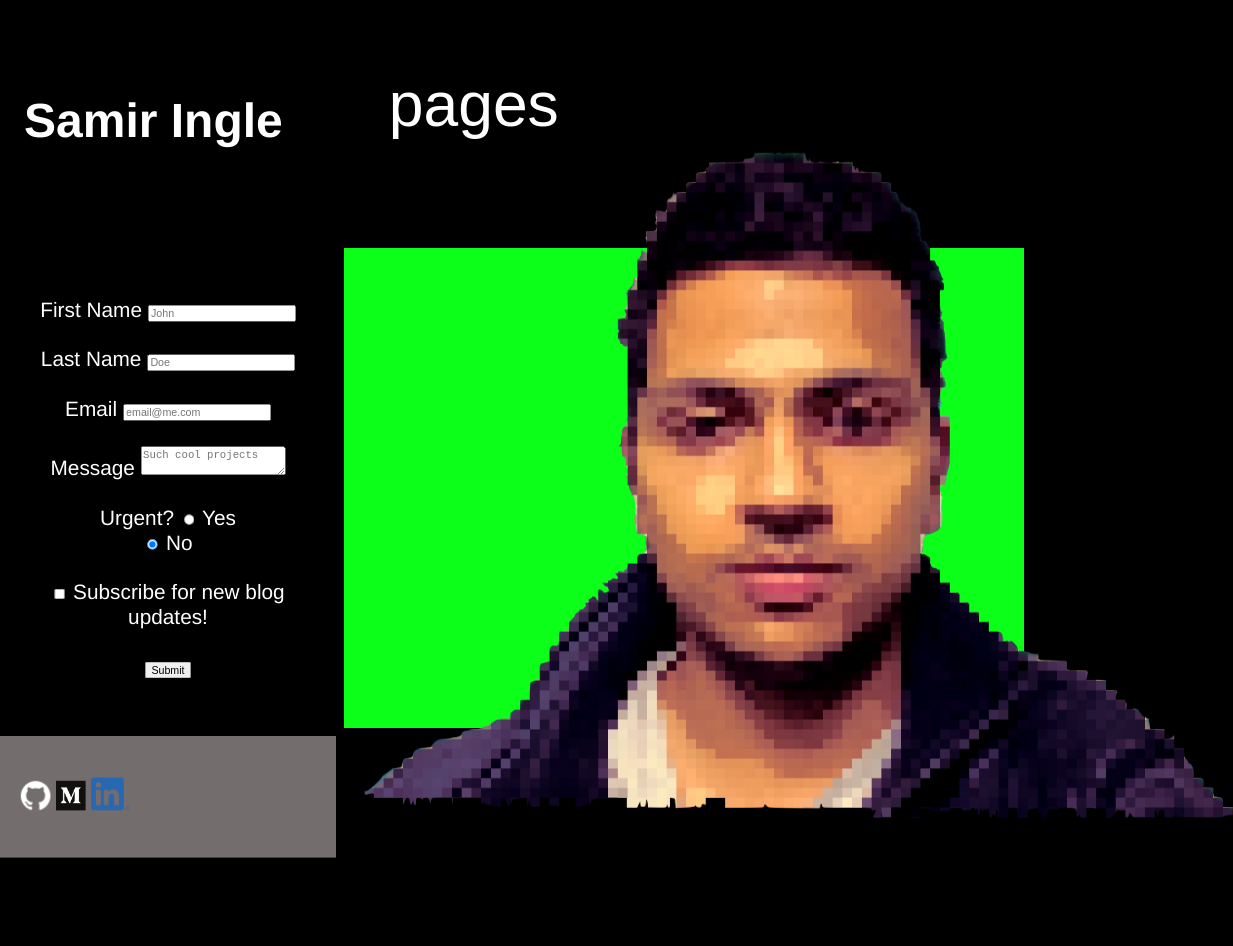
Repository: SamirIngley/html-semantic
Page: templates/contact.html
The author's editor kept a copy of each file at every save. The page is drawn from the files as they stood at one save, then again after the next save.
The browser window is 1280 px wide. The page is 1541 px wide, so the pictures cover 1541 px, including what lies to the right of the window. The pictures show the whole page, at 80% of full size.

Above is the page before, as saved 2020-02-06 16:09:54.

After the next save:
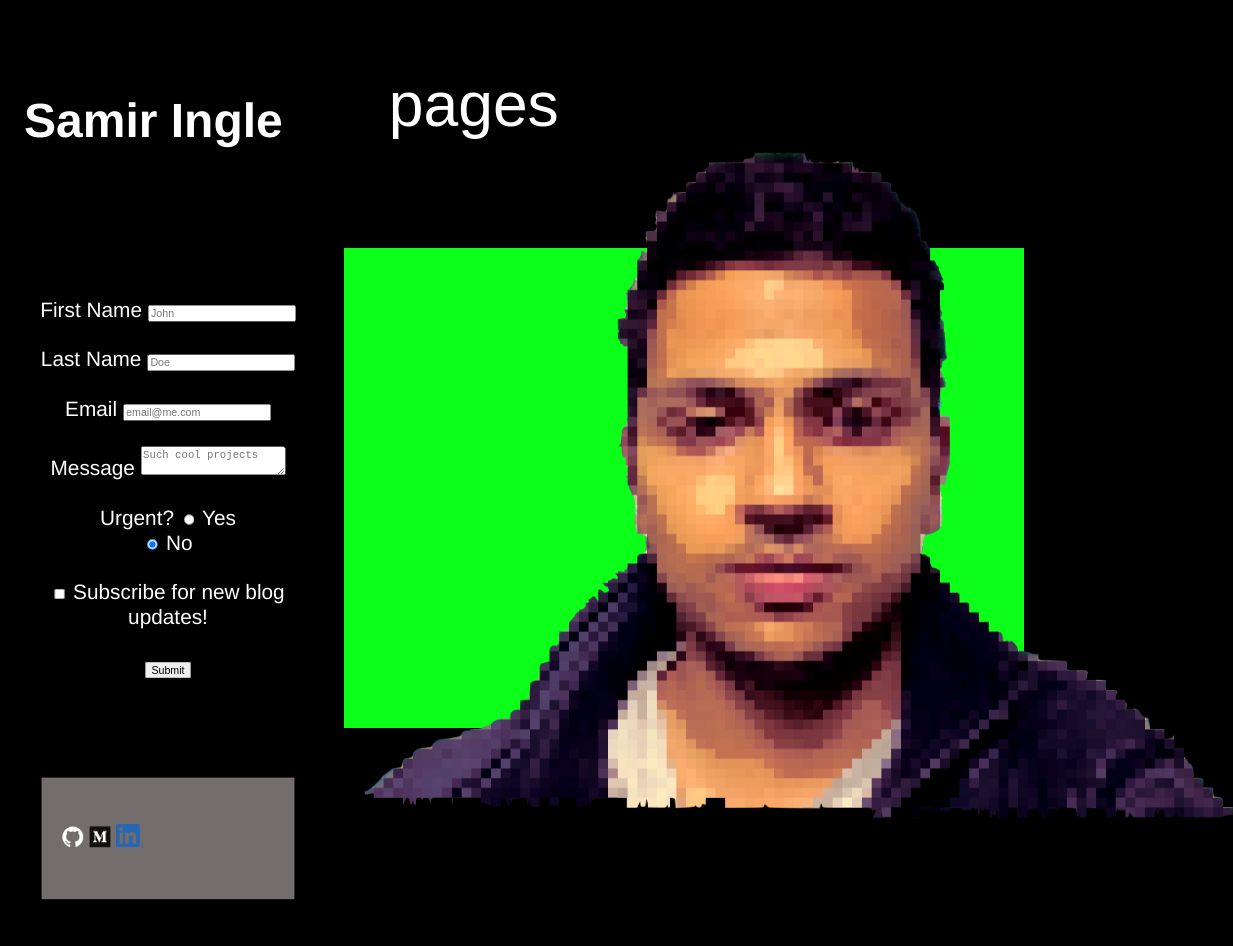
Saved 11 s later.
--- a/templates/style.css
+++ b/templates/style.css
@@ -197,6 +197,7 @@ nav {
 .dropdown:hover .dropbtn {background-color: #000000;}
 
 .footer{
+  margin: 2em;
   padding: 1em;
   display: flex;
   justify-content: space-between;

After the save that followed:
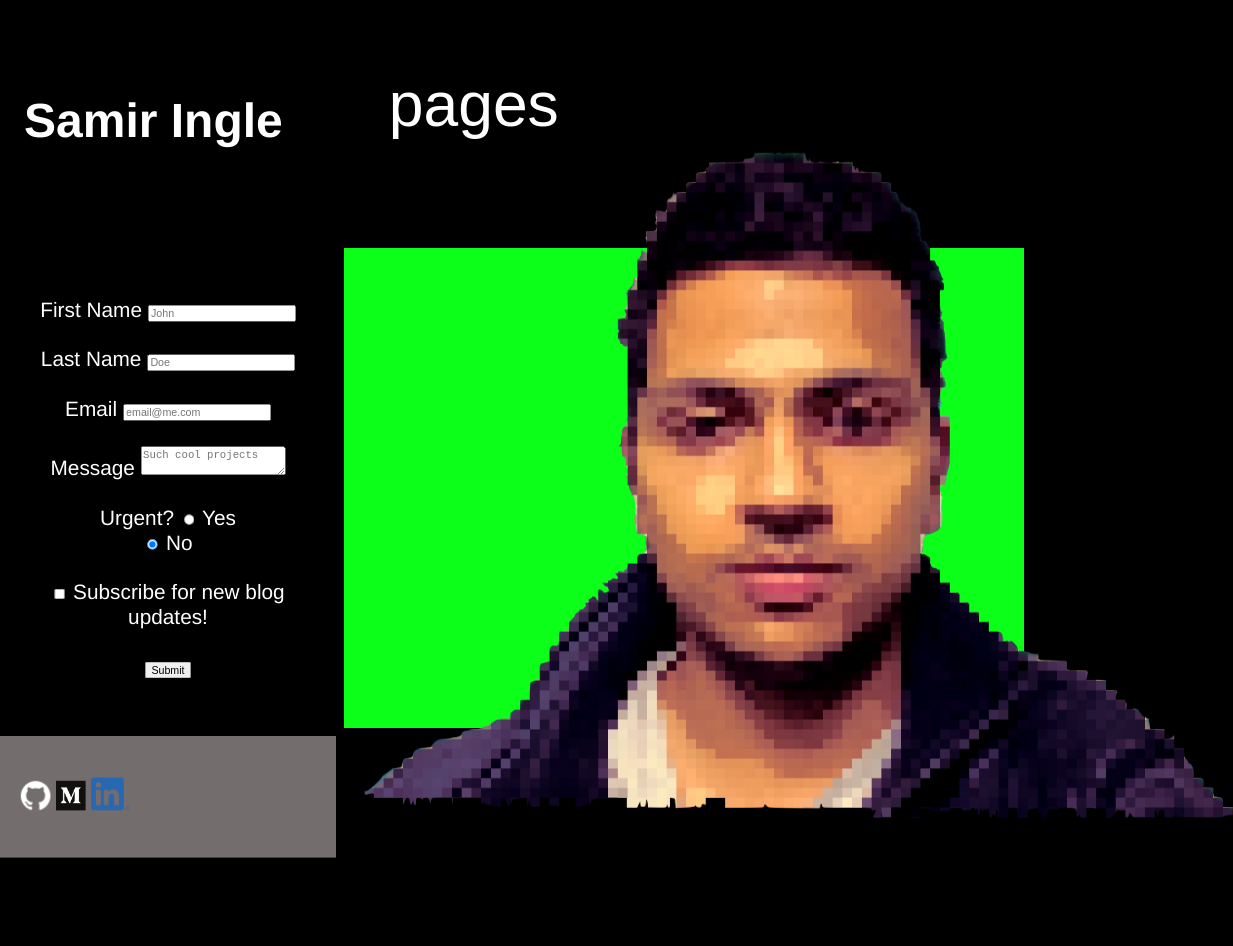
Saved 105 s later.
--- a/templates/style.css
+++ b/templates/style.css
@@ -197,7 +197,7 @@ nav {
 .dropdown:hover .dropbtn {background-color: #000000;}
 
 .footer{
-  margin: 2em;
+  /* margin: 2em; */
   padding: 1em;
   display: flex;
   justify-content: space-between;
